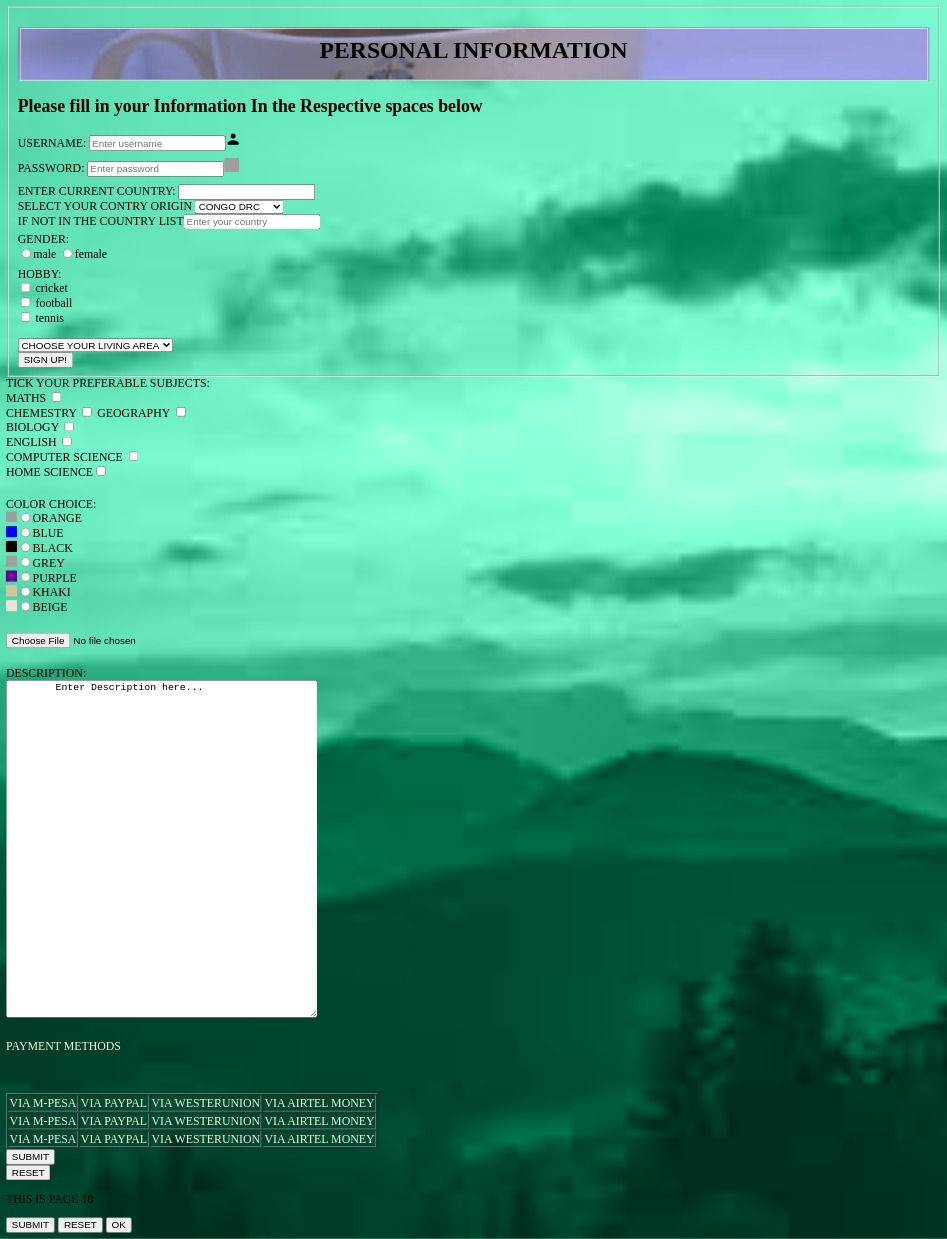
Repository: mirambialex/myform
Page: website/INDEX.HTML
An editor plug-in stored every save of this project. The page is shown before and after the next save, followed by the edit.
The browser window is 1280 px wide. The pictures show the whole page, at 74% of full size.
Pictures or frames that could not be fetched are drawn as grey boxes.

Above is the page before, as saved 2024-04-23 09:48:41.

### website/INDEX.HTML
<!DOCTYPE html>
<html lang="en">
<head>

    <title>WEBPAGE DESIGN</title>
    <LINK REL="STYLESHEET" HREF="STYLE.CSS">
</head>
<body>
   <FOrm> <FIEldset>
            <DIV class="AI">
                <h1><FIEldset>PERSONAL INFORMATION </FIEldset></h1>
</DIV>
<DIV CLASS="BI"> <H2>
    Please fill in your Information In the Respective spaces below
</H2>
</DIV>
<div class="gb">
 <DIV class="MAIN">USERNAME: <INPUT TYPE="TEXT" placeholder="Enter username"><img width="20" height="20" src="user.jpg"<br/>

 </DIV>
 <DIV class="A"> PASSWORD: <INPUT TYPE="PASSWORD" placeholder="Enter password"><img width="20" height="20" src="https://img.icons8.com/ios-filled/50/lock.png" alt="lock"/> <br/></DIV>
    <DIV class="AB">
        ENTER CURRENT COUNTRY: <INPUT type="text"></INPUT>
    </DIV>
    <DIV CLASS="B">
        SELECT YOUR CONTRY ORIGIN <SELect>
            <OPTIon>CONGO DRC</OPTIon>
            <OPTIon>KENYA</OPTIon>
            <OPTIon>SUDAN</OPTIon>
            <OPTIon>SOUTH SUDAN</OPTIon>
            <OPTIon>RWANDA</OPTIon>
            <OPTIon>BURUNDI</OPTIon>
            <OPTIon>UGANDA</OPTIon>
            <OPTIon>TANZANIA</OPTIon>
            <OPTIon>SOMALIA</OPTIon>

        </SELect> <br/>
    </DIV>
    <div class="wcb">
    IF NOT IN THE COUNTRY LIST<INPUt type="TEXT" placeholder="Enter your country"</INPUt>
    </div>
<div class="d">
<LAbeL for="GENDER">GENDER: </LAbel><BR/>
<INPUT type="radio" ID="GENDER" name="GENDER" VALUE="male"/>male
<INPUT type="radio" ID="GENDER" name="GENDER" VALUE="female"/>female <br/>
</div>
<div class="e">
HOBBY:<br>
<input type="checkbox" id="cricket" name="cricket" value="cricket"/>
<label for="cricket">cricket</label> <br>
<input type="checkbox" id="football" name="football" value="football"/>
<label for="football">football</label> <br>
<input type="checkbox" id="tennis" name="tennis" value="tennis"/>
<label for="tennis">tennis</label> <br>
<br/> </div>
<div class="address">
    <select name="address">
        <option value="one">CHOOSE YOUR LIVING AREA</option>
        <option>kakuma town</option>
        <option>kakuma 1</option>
        <option>kakuma 2</option>
        <option>kakuma 3</option>
        <option>kakuma 4</option>
        <option>kalobeyeyi</option>
    </select>
</div>
<DIV class="C"><BUTTon>SIGN UP!</BUTTon></DIV>
</FIEldset>
</div>
</div>
</DIV>
</FORM>
<FORM>
    <DIV class="FORM"></A>TICK YOUR PREFERABLE SUBJECTS: <BR/>
    MATHS <input TYPE="checkbox" NAME="MATHS" VALUE="ON"><BR/>
    CHEMESTRY <INPUT type="checkbox" NAME="CHEMESTRY" VALUE="ON">
        GEOGRAPHY <INPUT type="checkbox" NAME="GEOGRAPHY" value="ON"><BR/>
            BIOLOGY <INPUT type="checkbox" NAME="BIOLOGY" VALUE="ON"><BR/>
                ENGLISH <input type="checkbox" name="ENGLISH" value="ON"><BR/>
                COMPUTER SCIENCE <input TYPE="checkbox" name="COMPUTER SCIENCE" value="ON"><BR/>
                HOME SCIENCE<input type="checkbox" name="HOME SCIENCE" VALUE="ON"></BR></DIV>
                <DIV class="FORM2">
                    <LAbel FOR="COLOR CHOICE">COLOR CHOICE:</LAbel><BR/>
                    <IMG WIDTH="15" HEIGHT="15" SRC="ORAGE.JPG"><INPut type="RADIO" NAME="COLOR" VALUE="ORANGE">ORANGE</INPut><BR/>
                    <IMG WIDTH="15" HEIGHT="15" SRC="BLUE.JPG"><INPut type="RADIO" NAME="COLOR" VALUE="BLUE">BLUE</INPut><BR/>
                    <IMG WIDTH="15" HEIGHT="15" SRC="BLACK.JPG"><INPut type="RADIO" NAME="COLOR" VALUE="BLACK">BLACK</INPut><BR/>
                    <IMG WIDTH="15" HEIGHT="15" SRC="GREY.JPG"><INPut type="RADIO" NAME="COLOR" VALUE="GREY">GREY</INPut><BR/>
                    <IMG WIDTH="15" HEIGHT="15" SRC="PURPLE.JPG"><INPut type="RADIO" NAME="COLOR" VALUE="PURPLE">PURPLE</INPut><BR/>
                    <IMG WIDTH="15" HEIGHT="15" SRC="KHAKI.JPG"><INPut type="RADIO" NAME="COLOR" VALUE="KHAKI">KHAKI</INPut><BR/>
                    <IMG WIDTH="15" HEIGHT="15" SRC="BEIGE.JPG"><INPut type="RADIO" NAME="COLOR" VALUE="BEIGE">BEIGE</INPut><BR/>
                </DIV>
                <DIV class="FILE"><INPUT TYPE="FILE" NAME="FILEUPLOAD" accept="IMAGE/*" /></DIV>
                <DIV class="FORM1">
    DESCRIPTION: <br/>
    <textarea name="Description" cols="50" rows="30">
        Enter Description here...
    </textarea>
</DIV>
<DIV class="TABLE1">
    <TABle border="1">PAYMENT METHODS<BR/>
    <TR><BR/>
    <TD>VIA M-PESA</TD>
    <TD>VIA PAYPAL</TD>
    <TD>VIA WESTERUNION</TD>
    <TD>VIA AIRTEL MONEY</TD>
</TR>
<TR><BR/>
    <TD>VIA M-PESA</TD>
    <TD>VIA PAYPAL</TD>
    <TD>VIA WESTERUNION</TD>
    <TD>VIA AIRTEL MONEY</TD>
</TR>
<TR><BR/>
    <TD>VIA M-PESA</TD>
    <TD>VIA PAYPAL</TD>
    <TD>VIA WESTERUNION</TD>
    <TD>VIA AIRTEL MONEY</TD>
</TR>
</TABle>
</DIV>
<FORm class="FORM5">
<INPut type="submit" name="submit" value="SUBMIT"></INPut><BR/>
<INPut type="RESET" name="RESET" value="RESET"></INPut><BR/>
<INPut type="HIDDEN" name="HIDDEN" value="HIDDEN"></INPut>
</FORM>
<FOrm>
    <P>THIS IS PAGE 10</P>
<INPut type="submit" name="submit" value="SUBMIT"></INPut>
<INPut type="RESET" name="RESET" value="RESET"></INPut>
<INPut type="BUTTON" name="OK" value="OK"></INPut>
</FOrm>
 </body>
</html>

### website/STYLE.CSS
BODY{
    background-image: url(IMAGE.JPG);
    background-color: aquamarine;
    background-position: center;
    background-size: cover;
    background-repeat: no-repeat;
    background-blend-mode: luminosity;
}
H1{
    text-align: center;
}
.O{
    background-color: aliceblue;
    background-image: url(ALEX.PNG.JPG);
}
.MAIN{
    margin-bottom: 0.8%;
    background-color:
}
.A{
    margin-bottom: 0.8%;
}
.c{
    margin-bottom: 1.5%;
    color: blueviolet;
    text-decoration: aqua;
}
.d{
    margin-top: 0.4%;

}
.e{
    margin-top: 0.6%;
}
.AI{
    background-image: url(ALEX.JPG);
    background-repeat: no-repeat;
    background-position: center;
    background-size: cover;
}
.gb{
    display: block;

}
: :-ms-input-placeholder{
    color:red;
}
.address{

}
.FORM1{
    margin-top: 2%;
    margin-bottom: 2%;
}
.TABLE1{
    color: beige;
    border-radius: 20;

}
.FORM2{
    margin-top: 2%;
}
.FILE{
    margin-top: 2%;
}
.SEARCH{
    width: 350PX;
    float: left;
    margin-left: 270PX;
}
.SRCH{
    height: 0;
    width: 200PX;
    background: transparent;
    border: 1PX solid orange;
    font-family: 'Times New Roman';
    margin-top: ;
    color: ;
    font-size: ;
    border-right: ;
}

After the next save:
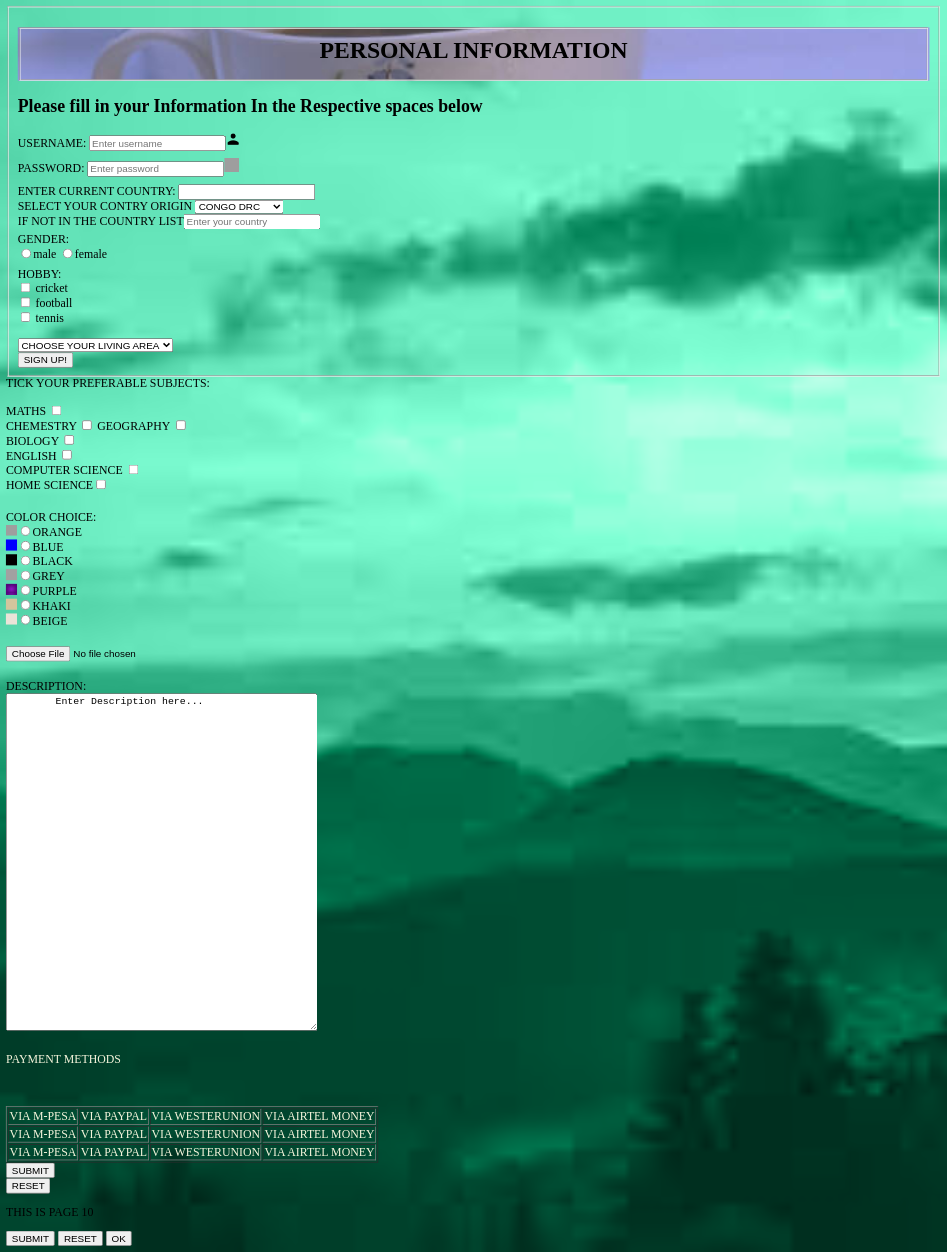
Saved 6 s later.
--- a/website/INDEX.HTML
+++ b/website/INDEX.HTML
@@ -72,7 +72,7 @@
 </FORM>
 <FORM>
     <DIV class="FORM"></A>TICK YOUR PREFERABLE SUBJECTS: <BR/>
-    MATHS <input TYPE="checkbox" NAME="MATHS" VALUE="ON"><BR/>
+        <BR/>MATHS <input TYPE="checkbox" NAME="MATHS" VALUE="ON"><BR/>
     CHEMESTRY <INPUT type="checkbox" NAME="CHEMESTRY" VALUE="ON">
         GEOGRAPHY <INPUT type="checkbox" NAME="GEOGRAPHY" value="ON"><BR/>
             BIOLOGY <INPUT type="checkbox" NAME="BIOLOGY" VALUE="ON"><BR/>

After the save that followed:
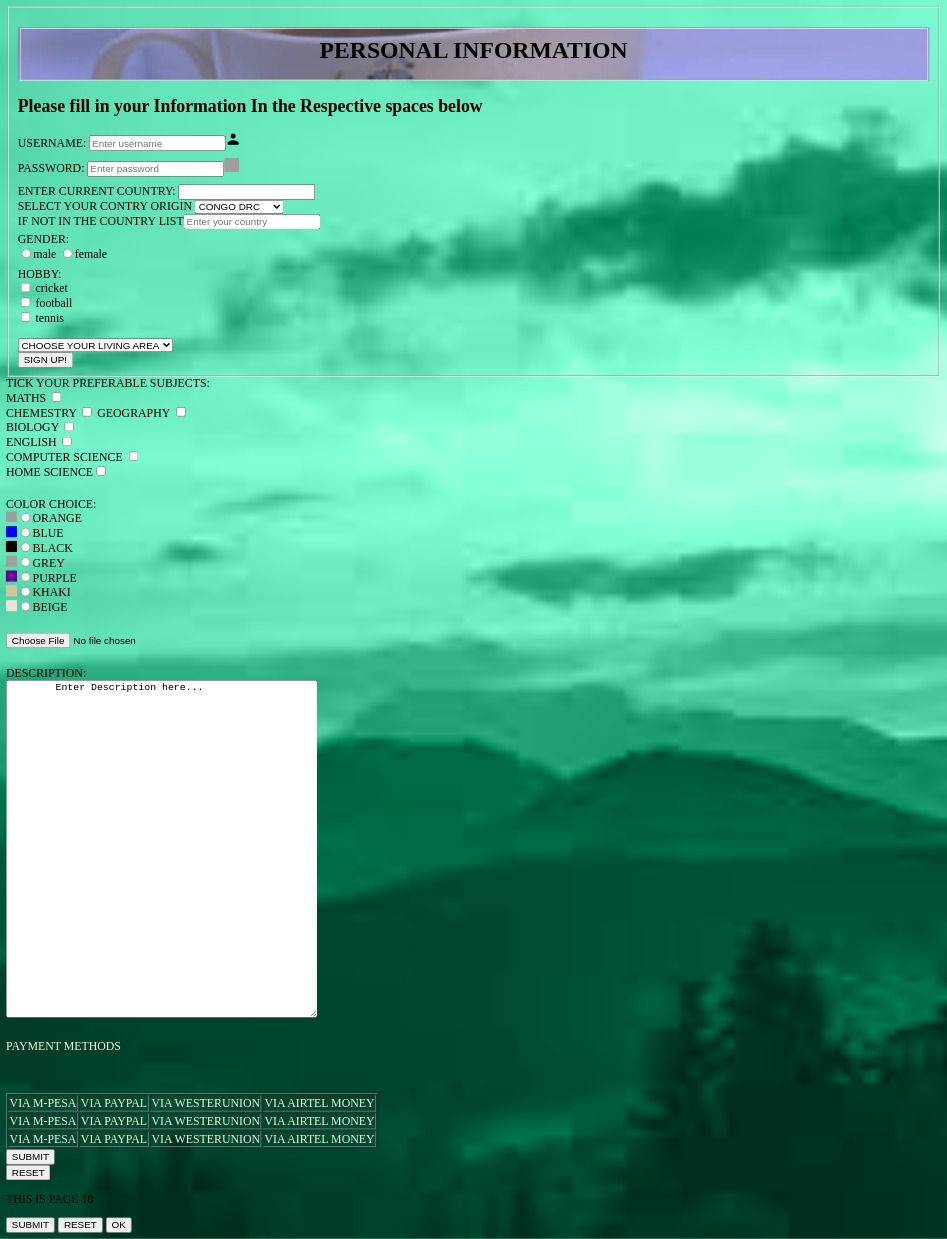
Saved 17 s later.
--- a/website/INDEX.HTML
+++ b/website/INDEX.HTML
@@ -72,7 +72,7 @@
 </FORM>
 <FORM>
     <DIV class="FORM"></A>TICK YOUR PREFERABLE SUBJECTS: <BR/>
-        <BR/>MATHS <input TYPE="checkbox" NAME="MATHS" VALUE="ON"><BR/>
+        MATHS <input TYPE="checkbox" NAME="MATHS" VALUE="ON"><BR/>
     CHEMESTRY <INPUT type="checkbox" NAME="CHEMESTRY" VALUE="ON">
         GEOGRAPHY <INPUT type="checkbox" NAME="GEOGRAPHY" value="ON"><BR/>
             BIOLOGY <INPUT type="checkbox" NAME="BIOLOGY" VALUE="ON"><BR/>
